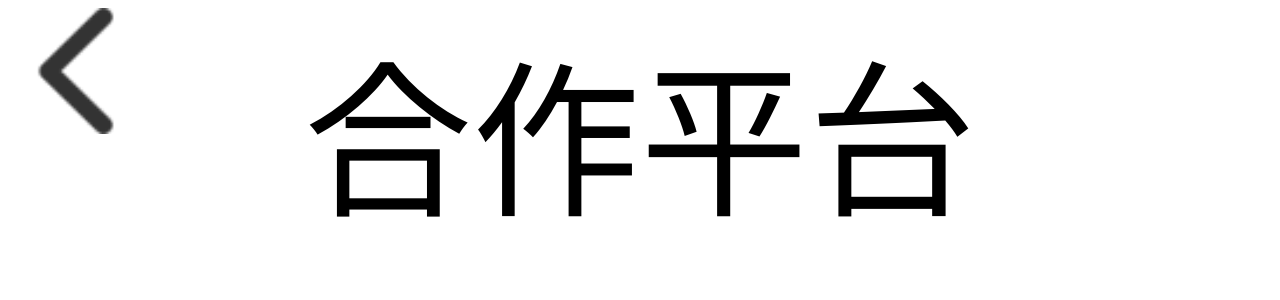
Repository: GgoodBoy/js-object
Page: jquery懒加载/platObj/platForm.html
The author's editor kept a copy of each file at every save. The page is drawn from the files as they stood at one save, then again after the next save.
The browser window is 1280 px wide. The pictures show the whole page.
Some web libraries are served in a nearby version.

Above is the page before, as saved 2019-10-15 13:46:07.

After the next save:
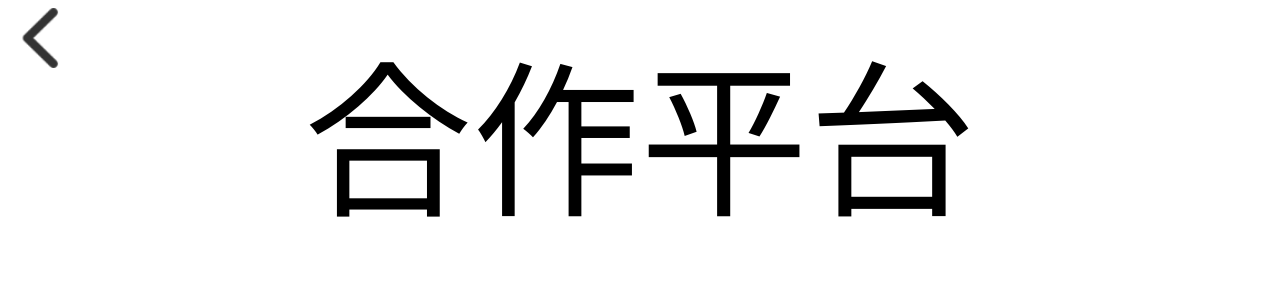
Saved 29 s later.
--- a/jquery懒加载/platObj/platForm.html
+++ b/jquery懒加载/platObj/platForm.html
@@ -56,7 +56,7 @@
 #platFormId .titleNav .imgInf{
     position: absolute;
     left: 0;
-    width: 0.75rem;
+    width: 0.36rem;
 }
 
 </style>
